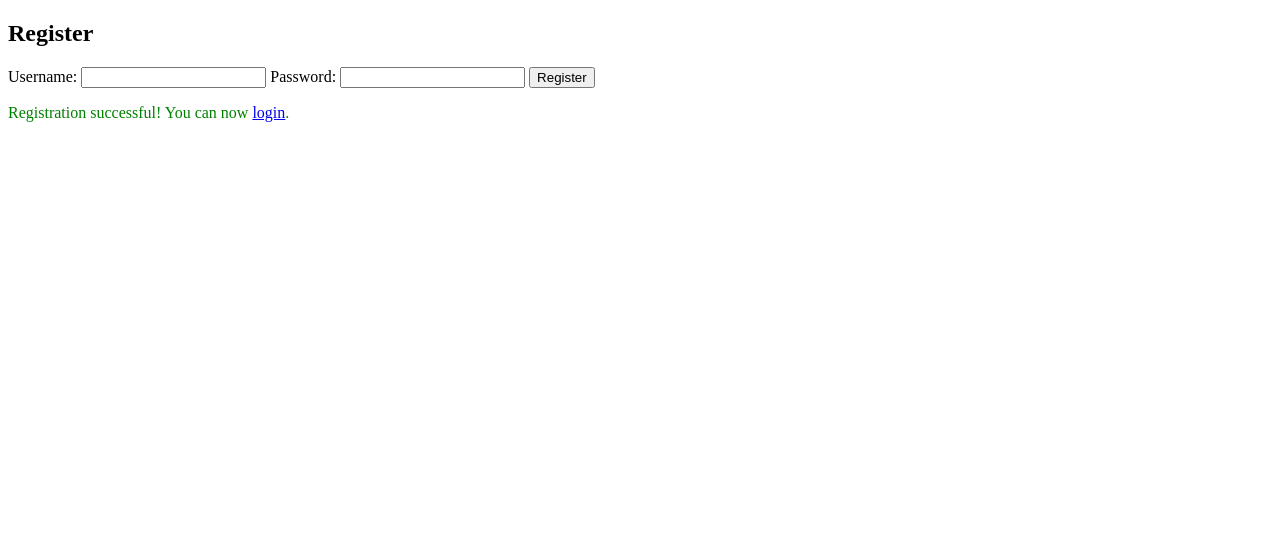
Repository: zrlgithub/poi
Page: http://localhost/test/Register.jsp
The author's editor kept a copy of each file at every save. The page is drawn from the files as they stood at one save, then again after the next save.
The browser window is 1280 px wide. The pictures show the whole page.
The page is served by Tomcat 9. Other server files are loaded and not shown.

Above is the page before, as saved 2024-02-13 22:21:45.

### test/src/main/webapp/Register.jsp
<!-- register.jsp -->
<!DOCTYPE html>
<html lang="en">
<head>
    <!-- ... (previous head content) ... -->
</head>
<body>
    <form action="RegisterServlet" method="post">
        <h2>Register</h2>
        <label for="newUsername">Username:</label>
        <input type="text" id="newUsername" name="newUsername" required>

        <label for="newPassword">Password:</label>
        <input type="password" id="newPassword" name="newPassword" required>

        <button type="submit">Register</button>

        <!-- Display registration success message if applicable -->
        <c:if test="${param.registered ne null}">
            <p style="color: green;">Registration successful! You can now <a href="login.jsp">login</a>.</p>
        </c:if>
    </form>
</body>
</html>

After the next save:
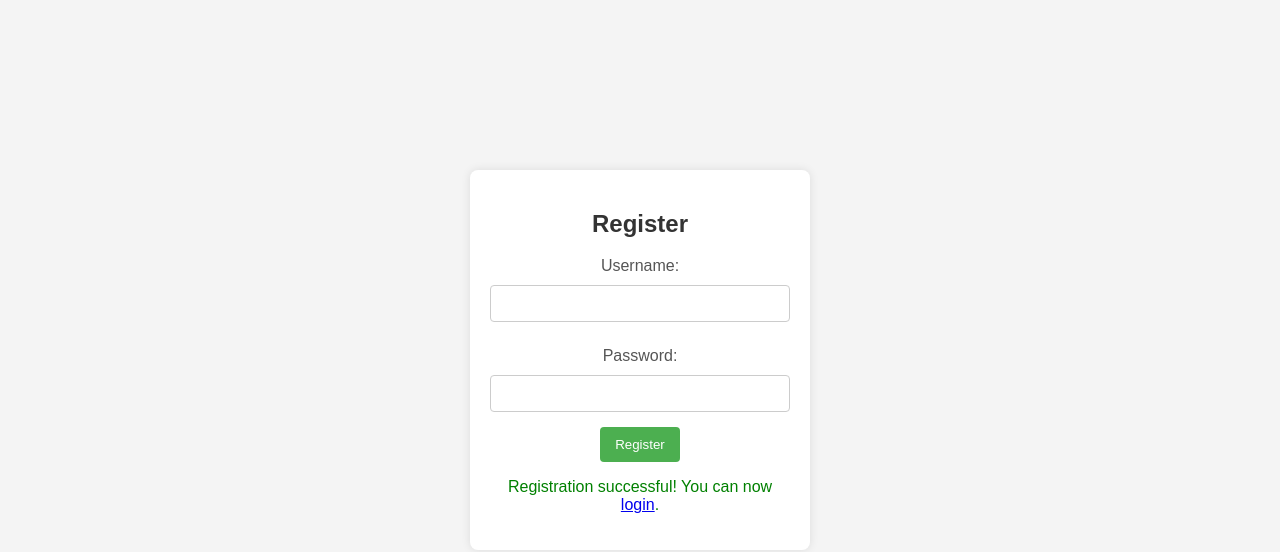
Saved 20 s later.
--- a/test/src/main/webapp/Register.jsp
+++ b/test/src/main/webapp/Register.jsp
@@ -2,7 +2,65 @@
 <!DOCTYPE html>
 <html lang="en">
 <head>
-    <!-- ... (previous head content) ... -->
+    <meta charset="UTF-8">
+    <meta name="viewport" content="width=device-width, initial-scale=1.0">
+    <title>Login</title>
+    <style>
+        body {
+            font-family: Arial, sans-serif;
+            background-color: #f4f4f4;
+            margin: 0;
+            display: flex;
+            align-items: center;
+            justify-content: center;
+            height: 100vh;
+        }
+
+        form {
+            background-color: #ffffff;
+            padding: 20px;
+            border-radius: 8px;
+            box-shadow: 0 0 10px rgba(0, 0, 0, 0.1);
+            width: 300px;
+            text-align: center;
+        }
+
+        h2 {
+            color: #333333;
+        }
+
+        label {
+            display: block;
+            margin: 10px 0;
+            color: #555555;
+        }
+
+        input {
+            width: 100%;
+            padding: 10px;
+            margin-bottom: 15px;
+            box-sizing: border-box;
+            border: 1px solid #cccccc;
+            border-radius: 4px;
+        }
+
+        button {
+            background-color: #4caf50;
+            color: #ffffff;
+            padding: 10px 15px;
+            border: none;
+            border-radius: 4px;
+            cursor: pointer;
+        }
+
+        button:hover {
+            background-color: #45a049;
+        }
+
+        p {
+            color: red;
+        }
+    </style>
 </head>
 <body>
     <form action="RegisterServlet" method="post">
